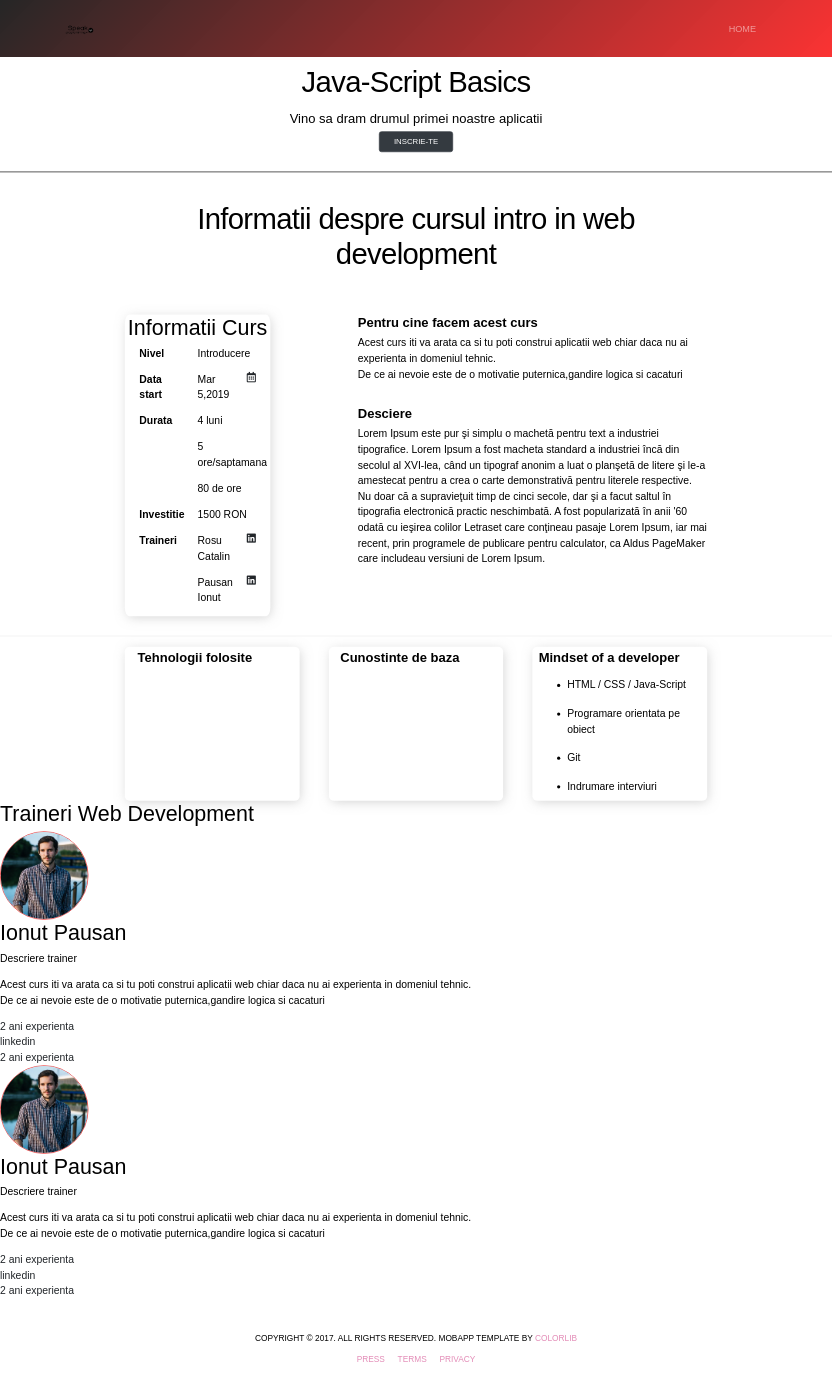
Repository: RosuCatalinDorin/ITSchool
Page: detaliiCurs/views/detalii-curs.html
An editor plug-in stored every save of this project. The page is shown before and after the next save, followed by the edit.
The browser window is 1280 px wide. The pictures show the whole page, at 65% of full size.
Some web libraries are served in a nearby version.

Above is the page before, as saved 2019-03-12 07:47:19.

### detaliiCurs/views/detalii-curs.html
<!doctype html>
<html lang="en">


<head>
    <title>Speak Programming</title>
    <!-- Required meta tags -->
    <meta charset="utf-8">
    <meta name="viewport" content="width=device-width, initial-scale=1, shrink-to-fit=no">
    <meta name="description" content="Mobland - Mobile App Landing Page Template">
    <meta name="keywords" content="HTML5, bootstrap, mobile, app, landing, ios, android, responsive">
    <!-- Font -->
    <link rel="stylesheet" href="https://use.fontawesome.com/releases/v5.7.2/css/all.css" integrity="sha384-fnmOCqbTlWIlj8LyTjo7mOUStjsKC4pOpQbqyi7RrhN7udi9RwhKkMHpvLbHG9Sr" crossorigin="anonymous">
    <link rel="dns-prefetch" href="//fonts.googleapis.com">
    <script src="//code.jquery.com/jquery-1.11.1.min.js"></script>
    <!-- Bootstrap CSS -->
    <link rel="stylesheet" href="../../css/bootstrap.min.css">
    <!-- Themify Icons -->
    <link rel="stylesheet" href="../../css/themify-icons.css">
    <!-- Owl carousel -->
    <link rel="stylesheet" href="../../css/owl.carousel.min.css">
    <link rel="stylesheet" href="../css/detalii-curs.css">
    <!-- Main css -->
    <link href="../../css/style.css" rel="stylesheet">
    <link rel="shortcut icon" href="../images/partea_de_susLogo.png"/>
    <!-- jQuery and Bootstrap -->
    <script src="../../js/jquery-3.2.1.min.js"></script>
    <script src="../../js/bootstrap.bundle.min.js"></script>
    <!-- Plugins JS -->
    <script src="../../js/owl.carousel.min.js"></script>
    <!-- Custom JS -->

</head>

<body data-spy="scroll" data-target="#navbar" data-offset="30">

<!-- Nav Menu -->
<div class="nav-menu fixed-top">
    <div class="container">
        <div class="row">
            <div class="col-md-12">
                <nav class="navbar navbar-dark navbar-expand-lg">
                    <a class="navbar-brand" href="../../home-page/index.html"><img src="../../images/logo_partea_deJos.png" height="43" width="43" class="img-fluid" alt="logo"></a> <button class="navbar-toggler" type="button" data-toggle="collapse" data-target="#navbar" aria-controls="navbar" aria-expanded="false" aria-label="Toggle navigation"> <span class="navbar-toggler-icon"></span> </button>
                    <div class="collapse navbar-collapse" id="navbar">
                        <ul class="navbar-nav ml-auto">
                            <li class="nav-item"> <a class="nav-link active" href="../../home-page/index.html">HOME <span class="sr-only">(current)</span></a> </li>
                        </ul>
                    </div>
                </nav>
            </div>
        </div>
    </div>
</div>

<!-- Header start -->

<header  class="header-detalii-curs">
        <h2 class="detalii-curs-titlu" id="cursTitle">Java-Script Basics</h2>
        <h4 class="detalii-curs-motto">Vino sa dram drumul primei noastre aplicatii</h4>
        <div class="detalii-curs-button-container">
            <button type="button" class="btn btn-dark">Inscrie-te</button>
        </div>
    </div>
</header>

<!-- Header ends -->

<!-- Info curs start -->
<section class="info-curs-container">
    <div class="info-title" >
        <h2>Informatii despre cursul intro in web development</h2>
    </div>
    <div class="info-curs-detalii" >
        <div class="informatii-curs-sumar">
            <h3>Informatii Curs</h3>
            <div class="informatii-curs-row">
                <div class="row-first-elem">
                    <p>Nivel</p>
                </div>
                <p class="row-second-elem">Introducere </p>
            </div>
            <div class="informatii-curs-row">
                <div class="row-first-elem">
                    <p>Data start</p>
                </div>
                <div class="row-second-elem">
                    <div class="trainer-linkedin">
                        <p>Mar 5,2019</p>
                        <i class="far fa-calendar-alt"></i>
                    </div>
                </div>
            </div>
            <div class="informatii-curs-row">
                <div class="row-first-elem">
                    <p>Durata</p>
                </div>
                <div class="row-second-elem">
                    <p>4 luni </p>
                    <p>5 ore/saptamana </p>
                    <p>80 de ore </p>
                </div>
            </div>
            <div class="informatii-curs-row">
                    <div class="row-first-elem">
                            <p> Investitie </p>
                        </div>

                <p class="row-second-elem">1500 RON</p>
            </div>
            <div class="informatii-curs-row">
                    <div class="row-first-elem">
                            <p>Traineri</p>
                        </div>

                <div class="row-second-elem">
                    <div class="trainer-linkedin">
                        <p>Rosu Catalin</p>
                        <i href="https://www.linkedin.com/in/ro%C8%99u-c%C4%83t%C4%83lin-dorin-872322112/" class="fab fa-linkedin"></i>
                    </div>
                    <div class="trainer-linkedin">
                        <p>Pausan Ionut</p>
                        <i class="fab fa-linkedin"></i>
                    </div>
                </div>
            </div>
        </div>
        <div class="descriere-curs">
            <!-- put text into variables -->
                <div class="descriere-cui-se-adreseaza">
                    <h4>Pentru cine facem acest curs</h4>
                    <p> Acest curs iti va arata ca si tu poti construi aplicatii web chiar daca nu ai experienta in domeniul tehnic.<br> De ce ai nevoie este de o motivatie puternica,gandire  logica si cacaturi </p>
                </div>
                <div class="descriere-">
                    <h4> Desciere</h4>
                    <p>Lorem Ipsum este pur şi simplu o machetă pentru text a industriei tipografice. Lorem Ipsum a fost macheta standard a industriei încă din secolul al XVI-lea, când un tipograf anonim a luat o planşetă de litere şi le-a amestecat pentru a crea o carte demonstrativă pentru literele respective. Nu doar că a supravieţuit timp de cinci secole, dar şi a facut saltul în tipografia electronică practic neschimbată. A fost popularizată în anii '60 odată cu ieşirea colilor Letraset care conţineau pasaje Lorem Ipsum, iar mai recent, prin programele de publicare pentru calculator, ca Aldus PageMaker care includeau versiuni de Lorem Ipsum.</p>
                </div>
        </div>
    </div>
</section>
<hr>
<!-- Info curs ends -->


<!-- PROGRAMA CURS START -->

<section class="programa-curs">
    <div class="programa-curs-row">
        <header class="programa-curs-header">
            <h4>Tehnologii folosite</h4>
            <i class="fab fa-linkedin"></i>
        </header>
    </div>
    <div class="programa-curs-row">
        <header class="programa-curs-header">
            <h4>Cunostinte de baza</h4>
            <i class="fab fa-linkedin"></i>
        </header>
    </div>
    <div class="programa-curs-row">
        <header class="programa-curs-header">
            <h4>Mindset of a developer</h4>
            <i class="fab fa-linkedin"></i>
        </header>
        <ul class="lista-programa-curs">
            <li>HTML / CSS / Java-Script</li>
            <li>Programare orientata pe obiect</li>
            <li>Git</li>
            <li>Indrumare interviuri</li>
        </ul>
    </div>
</section>

<!-- PROGRAMA CURS ENDS -->

<!-- Trainer description start -->
<div class="DescriereTrainer">
        <div>
            <h3> Traineri Web Development</h3>
        </div>
        <div class="contentTrainerDetails">
            <div class="team-box-trainer">
                <div class="team-img">
                    <img src="../../images/pozaIonutPausan.jpg" class="rounded-circle" alt="Cinque Terre" width="136" height="136">
                </div>
                <div class="team-title-trainer ">
                    <h3>Ionut Pausan</h3>
                </div>
            </div>
            <div class="descriereTrainer">
                <p class="textOffset">Descriere trainer</p>
                <p> Acest curs iti va arata ca si tu poti construi aplicatii web chiar daca nu ai experienta in domeniul tehnic.<br> De ce ai nevoie este de o motivatie puternica,gandire  logica si cacaturi </p>
                <div class="repetClassStyle"><span>2 ani experienta</span></div>
                <div class="repetClassStyle"><span>linkedin</span></div>
                <div class="repetClassStyle" ><span>2 ani experienta</span></div>
            </div>
        </div>
        <div class="contentTrainerDetails">
            <div class="team-box-trainer">
                <div class="team-img">
                    <img src="../../images/pozaIonutPausan.jpg" class="rounded-circle" alt="Cinque Terre" width="136" height="136">
                </div>
                <div class="team-title-trainer ">
                    <h3>Ionut Pausan</h3>
                </div>
            </div>
            <div class="">

                <p>Descriere trainer</p>
                <p> Acest curs iti va arata ca si tu poti construi aplicatii web chiar daca nu ai experienta in domeniul tehnic.<br> De ce ai nevoie este de o motivatie puternica,gandire  logica si cacaturi </p>
                <div><span>2 ani experienta</span></div>
                <div ><span>linkedin</span></div>
                <div><span>2 ani experienta</span></div>
            </div>
        </div>
    </div>
<!-- Trainer description end -->


<footer class="my-5 text-center">
    <!-- Copyright removal is not prohibited! -->
    <p class="mb-2"><small>COPYRIGHT © 2017. ALL RIGHTS RESERVED. MOBAPP TEMPLATE BY <a href="https://colorlib.com">COLORLIB</a></small></p>

    <small>
        <a href="#" class="m-2">PRESS</a>
        <a href="#" class="m-2">TERMS</a>
        <a href="#" class="m-2">PRIVACY</a>
    </small>
</footer>


</body>

</html>

### detaliiCurs/css/detalii-curs.css
/* Header start */
.header-detalii-curs {
    border-bottom: 1px solid black;
}

.container-detalii-curs {
    text-align: center;
}

.detalii-curs-button-container{
    margin-bottom: 30px;
}
/* Header ends */

/* Info curs container start */
.info-curs-container {
    width: 70%;
    margin: auto;
}

.info-title{
    padding-top: 45px;
    padding-bottom: 50px;
    height: auto;
}

.info-title h2{
    text-align: center;
}

    /* DETALII CURS -START */
.info-curs-detalii{
    display: flex;
    justify-content: space-between;
    margin-bottom: 30px;
}

.informatii-curs-sumar{
    width: 25%;
    -webkit-box-shadow: 2px 3px 18px -2px rgba(186,186,186,0.68);
    -moz-box-shadow: 2px 3px 18px -2px rgba(186,186,186,0.68);
    box-shadow: 2px 3px 18px -2px rgba(186,186,186,0.68);
    border-radius: 3%;
}

.informatii-curs-sumar h3 {
    text-align: center;
}

.informatii-curs-row{
    /* font size-font-style */
    display: flex;
}

.row-first-elem{
    font-weight: bold;
    width: 30%;
    padding-left: 10%;
}

.row-second-elem {
    width:60%;
    text-align: start;
    padding-left: 20%;
  }

.trainer-linkedin{
    display: flex;
    justify-content: space-between;
}
/* DETALII CURS -END */

/* DESCRIERE CURS START */
.descriere-curs{
    width: 60%;
}

.descriere-curs h4{
    font-weight: bold;
}

.descriere-cui-se-adreseaza{
    padding-bottom: 20px;
}

/* DESCRIERE CURS ENDS */

/* Info curs container ends */


/* PROGRAMA CURS START */

.programa-curs{
    margin: auto;
    display: flex;
    width: 70%;
    justify-content: space-between;
}

.programa-curs-row{
    width: 30%;
    color: black;
    -webkit-box-shadow: 2px 3px 18px -2px rgba(186,186,186,0.68);
    -moz-box-shadow: 2px 3px 18px -2px rgba(186,186,186,0.68);
    box-shadow: 2px 3px 18px -2px rgba(186,186,186,0.68);
    border-radius: 3%;
}

.programa-curs-header {
    padding-top: 5px;
    display: flex;
    margin:auto;
    justify-content: space-around;
}

.programa-curs-header h4{
    padding: 0;
    font-weight: bold;
}

.lista-programa-curs{
    width: 90%;
    margin: auto;
    paddin-bottom:10px;
}

.lista-programa-curs li {
    padding-top: 10px;
    padding-bottom: 10px;
}


/* PROGRAMA CURS ENDS */

Loaded but not shown: css/bootstrap.min.css (library); css/themify-icons.css (common file); css/owl.carousel.min.css (library); js/jquery-3.2.1.min.js (library); js/bootstrap.bundle.min.js (library); js/owl.carousel.min.js (library); css/style.css (723 lines, source omitted)

After the next save:
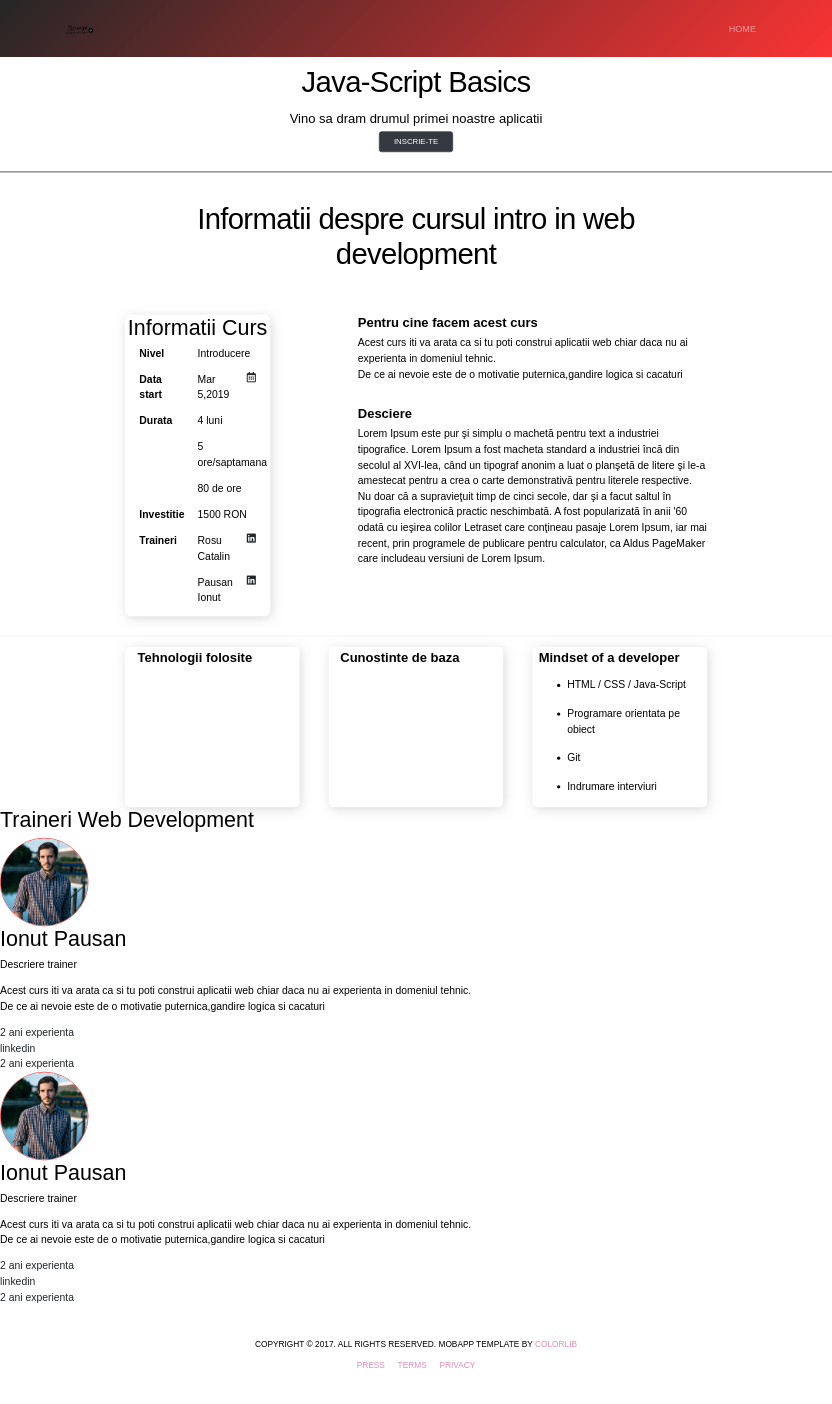
Saved 5 s later.
--- a/detaliiCurs/css/detalii-curs.css
+++ b/detaliiCurs/css/detalii-curs.css
@@ -121,7 +121,7 @@
 .lista-programa-curs{
     width: 90%;
     margin: auto;
-    paddin-bottom:10px;
+    padding-bottom: 10px;
 }
 
 .lista-programa-curs li {
